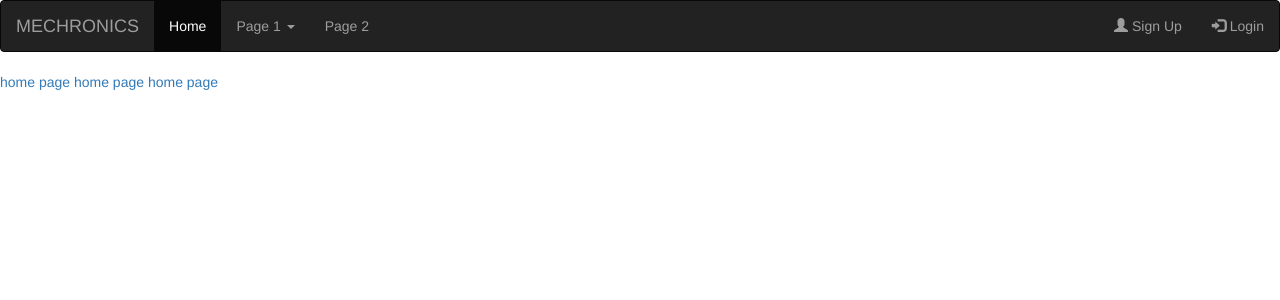
Repository: Shaheenkhan/MECHRONICS
Page: http://localhost/MECHRONICS/
The author's editor kept a copy of each file at every save. The page is drawn from the files as they stood at one save, then again after the next save.
The browser window is 1280 px wide. The pictures show the whole page.
The page is served by Tomcat 9.

Above is the page before, as saved 2016-10-24 20:05:30.

After the next save:
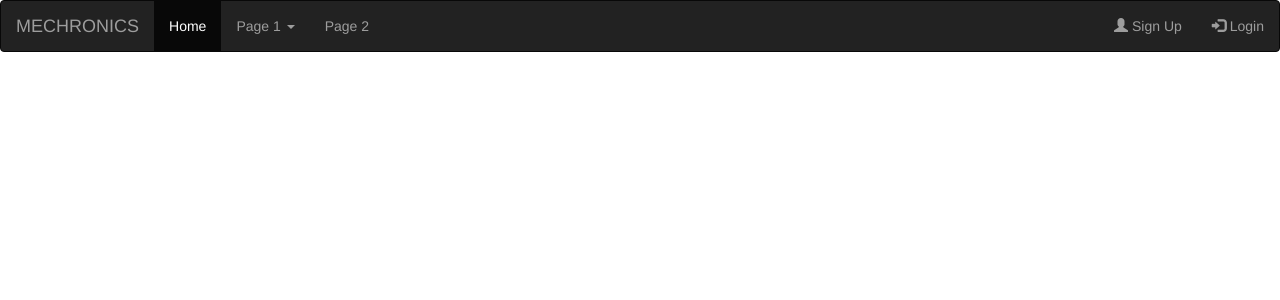
Saved 2 min 27 s later.
--- a/MECHRONICS/src/main/webapp/index.jsp
+++ b/MECHRONICS/src/main/webapp/index.jsp
@@ -1,9 +1,2 @@
 <jsp:include page="WEB-INF/views/commonheader.jsp"></jsp:include>
-
-
-
-<a href="home">home page</a>
-
-<a href="home">home page</a>
-
-<a href="home">home page</a>
+<jsp:include page="WEB-INF/views/commonfooter.jsp"></jsp:include>
